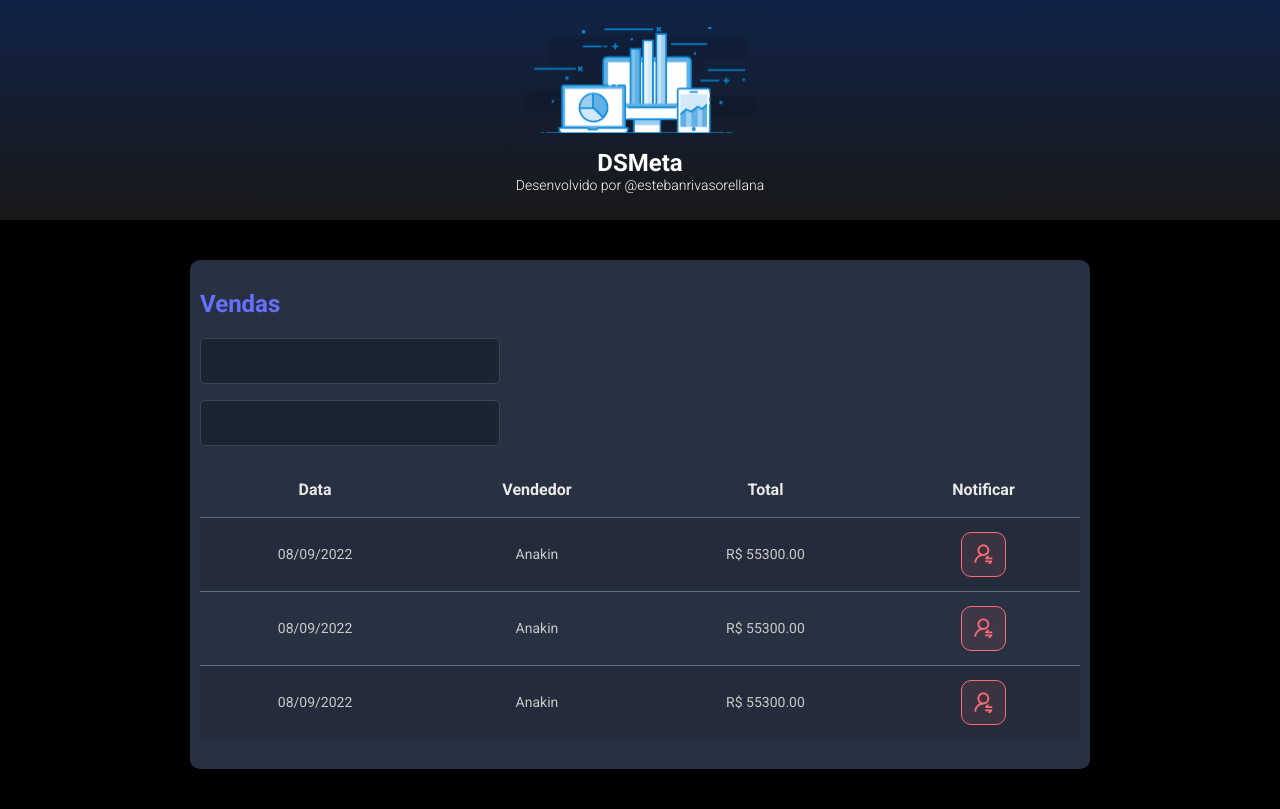
Repository: estebanrivas/dsmeta-css
Page: index.html
These files come from the project's save history. The page is drawn as it stood at one moment and after the next save; the edit follows.
The browser window is 1280 px wide. The pictures show the whole page.

Above is the page before, as saved 2022-09-08 22:22:30.

### index.html
<!DOCTYPE html>
<html lang="en">

<head>
    <meta charset="UTF-8">
    <meta http-equiv="X-UA-Compatible" content="IE=edge">
    <meta name="viewport" content="width=device-width, initial-scale=1.0">
    <title>DSMeta</title>

    <link rel="stylesheet" href="css/styles.css">
</head>

<body>
    <header>
        <div class="dsmeta-logo-container">
            <img src="images/logo.svg" alt="DSMeta">
            <h1>DSMeta</h1>
            <p>Desenvolvido por
                <a href="https://www.instagram.com/estebanrivasorellana/">@estebanrivasorellana</a>
            </p>
        </div>
    </header>

    <main>
        <section id="sales">
            <div class="dsmeta-container">
                <div class="dsmeta-card">
                    <h2 class="dsmeta-sales-title">Vendas</h2>

                    <div>
                        <div class="dsmeta-form-control-container">
                            <input class="dsmeta-form-control" type="text">
                        </div>
                        <div class="dsmeta-form-control-container">
                            <input class="dsmeta-form-control" type="text">
                        </div>
                    </div>

                    <div>
                        <table class="dsmeta-sales-table">
                            <thead>
                                <tr>
                                    <th class="show576">Data</th>
                                    <th>Vendedor</th>
                                    <th>Total</th>
                                    <th>Notificar</th>
                                </tr>
                            </thead>
                            <tbody>
                                <tr>
                                    <td class="show576">08/09/2022</td>
                                    <td>Anakin</td>
                                    <td>R$ 55300.00</td>
                                    <td>
                                        <div class="dsmeta-red-btn-container">
                                            <div class="dsmeta-red-btn">
                                                <img src="images/notification-icon.svg" alt="Notificar">
                                            </div>
                                        </div>
                                    </td>
                                </tr>
                                <tr>
                                    <td class="show576">08/09/2022</td>
                                    <td>Anakin</td>
                                    <td>R$ 55300.00</td>
                                    <td>
                                        <div class="dsmeta-red-btn-container">
                                            <div class="dsmeta-red-btn">
                                                <img src="images/notification-icon.svg" alt="Notificar">
                                            </div>
                                        </div>
                                    </td>
                                </tr>
                                <tr>
                                    <td class="show576">08/09/2022</td>
                                    <td>Anakin</td>
                                    <td>R$ 55300.00</td>
                                    <td>
                                        <div class="dsmeta-red-btn-container">
                                            <div class="dsmeta-red-btn">
                                                <img src="images/notification-icon.svg" alt="Notificar">
                                            </div>
                                        </div>
                                    </td>
                                </tr>
                            </tbody>
                        </table>
                    </div>
                </div>
            </div>
        </section>
    </main>


</body>

</html>

### css/styles.css
@import url("https://fonts.googleapis.com/css2?family=Roboto:wght@300;400;700&display=swap");

* {
  font-family: "Roboto", sans-serif;
  box-sizing: border-box;
  margin: 0;
  padding: 0;
}

body,
html {
  background-color: #000;
  color: #fff;
}

a,
a:hover,
a:visited {
  color: unset;
  text-decoration: none;
}

header {
  height: 220px;
  background: linear-gradient(180deg, #102347 0%, #181818 100%);
  display: flex;
  align-items: center;
  justify-content: center;
}

.dsmeta-logo-container {
  display: flex;
  flex-direction: column;
  align-items: center;
}

.dsmeta-logo-container img {
  width: 235px;
}

.dsmeta-logo-container h1 {
  padding-top: 15px;
  font-size: 24px;
}

.dsmeta-logo-container p {
  font-size: 14px;
  font-weight: 300;
}

#sales {
  padding: 40px 10px;
}

.dsmeta-container {
  width: 100%;
  max-width: 900px;
  margin: 0 auto;
}

.dsmeta-card {
  background-color: #283142;
  border-radius: 10px;
  padding: 30px 10px;
}

.dsmeta-form-control-container {
  margin-bottom: 16px;
  max-width: 300px;
}

.dsmeta-form-control {
  width: 100%;
  height: 46px;
  background-color: #1b2531;
  border: 1px solid #384459;
  border-radius: 5px;
  color: #9aaabe;
  padding: 0 20px;
  font-size: 18px;
  font-weight: 400;
}

.dsmeta-sales-title {
  color: #676fff;
  font-size: 24px;
  margin-bottom: 20px;
}

.dsmeta-sales-table {
  width: 100%;
  border-spacing: 0;
  border-collapse: collapse;
}

.dsmeta-sales-table thead {
  height: 55px;
  font-size: 16px;
  color: #e9e9e9;
  font-weight: 700;
}

.dsmeta-sales-table tbody {
  font-size: 14px;
  font-weight: 400;
  color: #c9c9c9;
  text-align: center;
}

.dsmeta-sales-table tbody tr {
  height: 74px;
  border-top: 1px solid #5f6e82;
}

.dsmeta-sales-table tbody tr:hover > td {
  background-color: #384459;
}

.dsmeta-sales-table tbody tr:nth-child(odd) {
  background-color: #242c3b;
}

.dsmeta-red-btn-container{
    display: flex;
    justify-content: center;
}

.dsmeta-red-btn {
  height: 45px;
  width: 45px;
  display: flex;
  align-items: center;
  justify-content: center;
  background: rgba(255, 107, 114, 0.1);
  border: 1px solid #ff6b72;
  border-radius: 10px;
  cursor: pointer;
}

.dsmeta-red-btn img{
    width: 19px;
}

.show576{
    display: none;
}

@media (min-width: 576px){
    .show576{
        display: table-cell;
    }
}

After the next save:
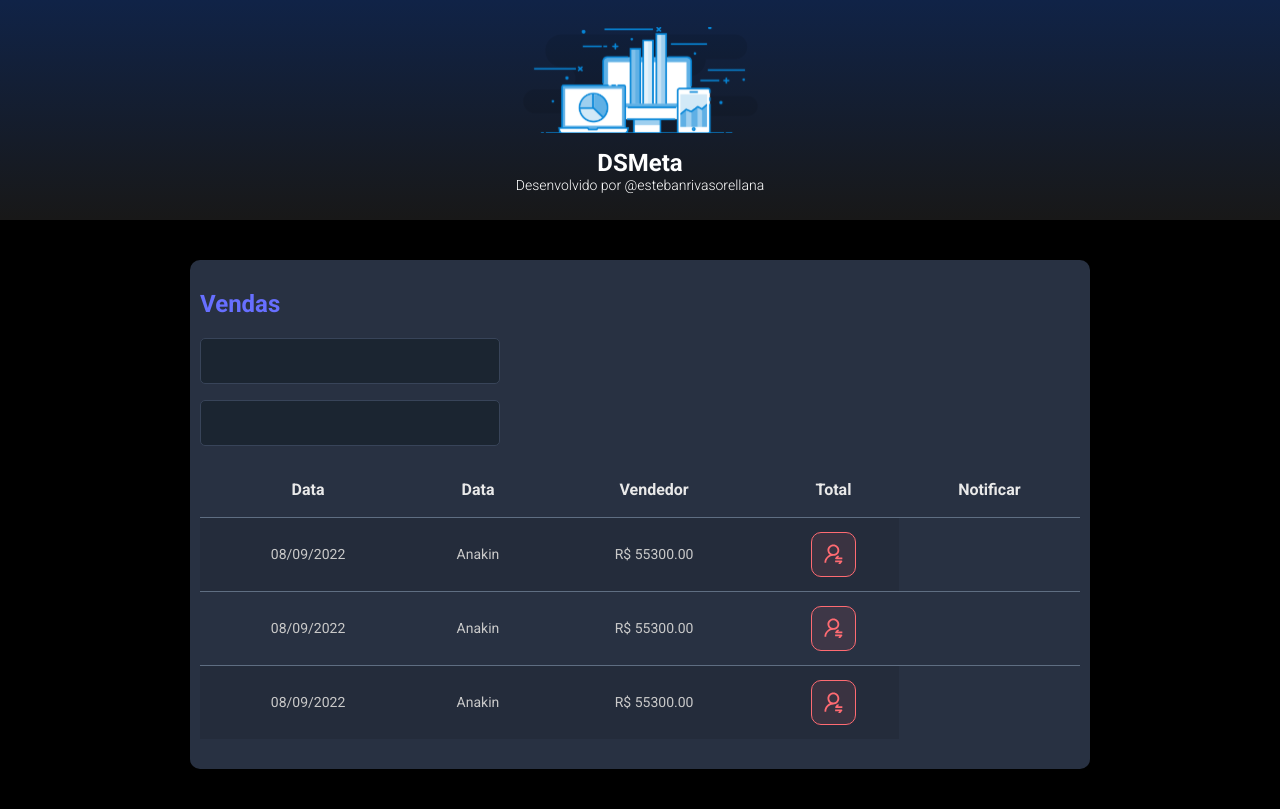
Saved 63 s later.
--- a/index.html
+++ b/index.html
@@ -40,6 +40,7 @@
                         <table class="dsmeta-sales-table">
                             <thead>
                                 <tr>
+                                    <th class="show576">Data</th>
                                     <th class="show576">Data</th>
                                     <th>Vendedor</th>
                                     <th>Total</th>
